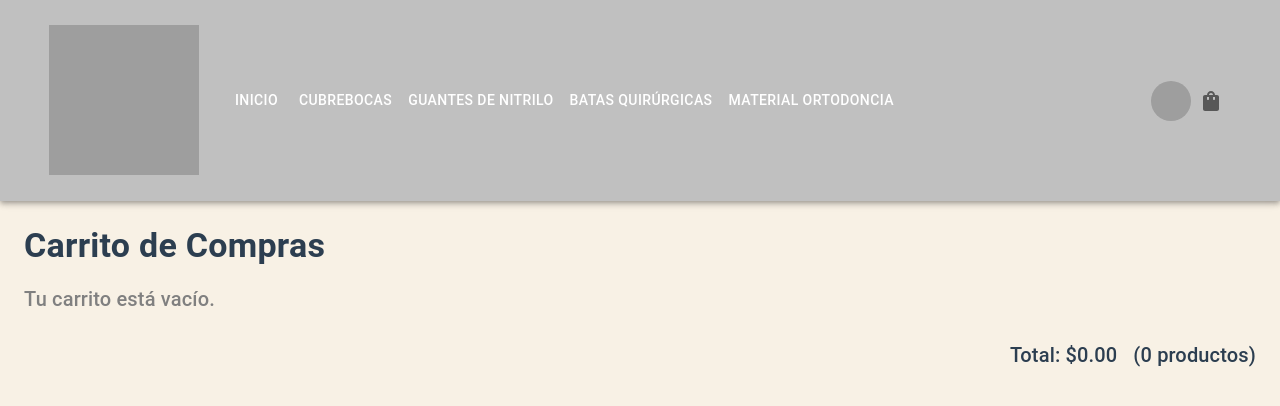
Repository: SebastianPineiro10/ecommerce-coderhouse
Page: /cart
An editor plug-in stored every save of this project. The page is shown before and after the next save, followed by the edit.
The browser window is 1280 px wide. The pictures show the whole page.
Pictures or frames that could not be fetched are drawn as grey boxes. The project was rebuilt for these pictures with package versions that can differ from the ones it lists, and the page was loaded fresh each time. Also part of the build but not shown: vite.config.js, src/firebaseConfig.js, src/products.js, src/components/common/card/productcard.css, src/components/common/card/ProductCard.jsx, src/components/pages/ItemListContainer/ItemList.jsx, src/components/pages/ItemListContainer/ItemListContainer.jsx, src/components/pages/ItemDetail/ItemDetail.jsx and 3 more.

Above is the page before, as saved 2024-11-15 20:12:41.

### index.html
<!doctype html>
<html lang="en">
  <head>
    <meta charset="UTF-8" />
    <link rel="icon" type="favicon" href="/public/favicon.ico" />
    <meta name="viewport" content="width=device-width, initial-scale=1.0" />
    <title>SP Depósito Dental</title>
    <meta name="description" content="Bienvenido a SP Depósito Dental, su tienda de confianza para productos dentales." />
    <meta name="keywords" content="dental, productos dentales, tienda, e-commerce" />

  </head>
  <body>
    <div id="root"></div>
    <script type="module" src="/src/main.jsx"></script>
  </body>
</html>

### src/main.jsx
import { createRoot } from 'react-dom/client'
import App from './App.jsx'
import './index.css'


createRoot(document.getElementById("root")).render(<App />);

### src/App.jsx
import { BrowserRouter } from 'react-router-dom';
import { Routes, Route } from 'react-router-dom';
import { CartContextProvider } from './context/CartContext';
import NavBar from './components/layout/navbar/NavBar';
import {ItemListContainer} from './components/pages/ItemListContainer/ItemListContainer';
import ItemDetailContainer from './components/pages/ItemDetail/ItemDetailContainer';
import CartContainer from './components/pages/cart/CartContainer';
import { Toaster } from 'sonner';
import Checkout from './components/pages/checkout/Checkout';
import Brief from './components/pages/brief/Brief';


const App = () => {
  return (
    <CartContextProvider>
      <BrowserRouter>
      <Toaster duration={2000} richColors position="bottom-right" />
        <NavBar />
        <Routes>
          <Route
            path="/"
            element={<ItemListContainer greeting="¡Hola! Bienvenido a SP Deposito Dental" />}
          />
          <Route path="/category/:categoryId" element={<ItemListContainer greeting="¡Hola! Bienvenido a SP Deposito Dental" />} />
          <Route path="/item/:itemId" element={<ItemDetailContainer />} />
          <Route path="/cart" element={<CartContainer />} />
          <Route path="/checkout" element={<Checkout />} />
          <Route path="/brief" element={<Brief />} />
          <Route path="*" element={<h2>404 not found</h2>} />
        </Routes>
      </BrowserRouter>
    </CartContextProvider>
  );
};

export default App;

### src/index.css
body {
  background-color: #F8F1E5;
  margin: 0;
  font-family: 'Roboto', sans-serif;
  color: #2C3E50;
}

### src/context/CartContext.jsx
import { createContext, useState, useContext } from "react";
import PropTypes from "prop-types";
import { toast } from "sonner"; // Usar sonner para mostrar mensajes si es necesario

export const CartContext = createContext();

export const CartContextProvider = ({ children }) => {
  const [cart, setCart] = useState([]); // Estado inicial vacío para el carrito

  // Función para generar un cartItemId único
  const generateCartItemId = () => `cart-${Date.now()}-${Math.random()}`;

  const addToCart = (product) => {
    // Buscamos si el producto ya está en el carrito por su ID único (cartItemId)
    const existingProductIndex = cart.findIndex((item) => item.id === product.id);

    if (existingProductIndex !== -1) {
      // Si el producto ya está en el carrito, actualizamos su cantidad
      const updatedCart = [...cart];
      updatedCart[existingProductIndex].quantity += product.quantity || 1; // Aumentamos la cantidad
      setCart(updatedCart);
      toast.success(`${product.title} actualizado en el carrito`);
    } else {
      // Si el producto no está en el carrito, lo agregamos con un cartItemId único
      const newProduct = { ...product, cartItemId: generateCartItemId(), quantity: product.quantity || 1 };
      setCart([...cart, newProduct]);
      toast.success(`${product.title} agregado al carrito`);
    }
  };

  const removeFromCart = (cartItemId) => {
    // Filtramos el carrito para eliminar el producto con el cartItemId correspondiente
    const updatedCart = cart.filter((item) => item.cartItemId !== cartItemId);
    setCart(updatedCart);
    toast.error("Producto eliminado del carrito");
  };

  const updateQuantity = (cartItemId, quantity) => {
    if (quantity < 1) return; // Evitar que la cantidad sea menor a 1
    // Actualizamos solo el producto cuyo cartItemId coincide
    const updatedCart = cart.map((item) =>
      item.cartItemId === cartItemId ? { ...item, quantity } : item
    );
    setCart(updatedCart);
    toast.info("Cantidad actualizada");
  };

  const getTotal = () => {
    return cart.reduce((acc, item) => acc + item.price * item.quantity, 0);
  };

  const getTotalQuantity = () => {
    return cart.reduce((acc, item) => acc + item.quantity, 0);
  };

  const startCheckout = () => {
    console.log("Iniciando el proceso de checkout...");
  };

  return (
    <CartContext.Provider
      value={{
        cart,
        addToCart,
        removeFromCart,
        updateQuantity,
        getTotal,
        getTotalQuantity,
        startCheckout,
      }}
    >
      {children}
    </CartContext.Provider>
  );
};

CartContextProvider.propTypes = {
  children: PropTypes.node.isRequired,
};

export const useCart = () => {
  return useContext(CartContext);
};

### src/components/pages/cart/CartContainer.jsx
import { Box, Typography, Button, Grid, IconButton, TextField } from "@mui/material";
import { useCart } from "../../../context/CartContext";
import { Delete as DeleteIcon } from "@mui/icons-material";
import { useNavigate } from "react-router-dom";

const CartContainer = () => {
  const { cart, removeFromCart, updateQuantity, getTotal, getTotalQuantity, startCheckout } = useCart();
  const navigate = useNavigate();

  const handleRemoveFromCart = (cartItemId) => {
    removeFromCart(cartItemId);
  };

  const handleQuantityChange = (cartItemId, e) => {
    const newQuantity = parseInt(e.target.value, 10);
    if (newQuantity >= 1) {
      updateQuantity(cartItemId, newQuantity);
    }
  };

  const handleCheckout = () => {
    startCheckout();
    navigate("/checkout");
  };

  const handleGoToBrief = () => {
    navigate("/brief");
  };

  return (
    <Box sx={{ padding: 3 }}>
      <Typography variant="h4" sx={{ marginBottom: 2, fontWeight: "bold" }}>
        Carrito de Compras
      </Typography>

      {cart.length === 0 ? (
        <Typography variant="h6" sx={{ color: "gray" }}>
          Tu carrito está vacío.
        </Typography>
      ) : (
        <Grid container spacing={2}>
          {cart.map((product) => (
            <Grid item xs={12} md={6} key={product.cartItemId}>
              <Box sx={{ display: "flex", justifyContent: "space-between", alignItems: "center", border: "1px solid #ccc", padding: 2, borderRadius: 2, boxShadow: 2, marginBottom: 2 }}>
                <Box sx={{ display: "flex", alignItems: "center" }}>
                  <img
                    src={product.imageUrl}
                    alt={product.title}
                    style={{ width: "80px", height: "80px", objectFit: "cover", borderRadius: "8px", marginRight: 16 }}
                  />
                  <Typography variant="body1" sx={{ fontWeight: "bold" }}>
                    {product.title}
                  </Typography>
                </Box>

                <Box sx={{ display: "flex", alignItems: "center" }}>
                  <Typography variant="body1" sx={{ marginRight: 2 }}>
                    ${product.price} x {product.quantity}
                  </Typography>

                  <TextField
                    type="number"
                    value={product.quantity}
                    onChange={(e) => handleQuantityChange(product.cartItemId, e)}
                    sx={{ width: 60, marginRight: 2 }}
                    inputProps={{ min: 1, style: { textAlign: "center" } }}
                  />

                  <IconButton color="error" onClick={() => handleRemoveFromCart(product.cartItemId)}>
                    <DeleteIcon />
                  </IconButton>
                </Box>
              </Box>
            </Grid>
          ))}
        </Grid>
      )}

      <Box sx={{ display: "flex", justifyContent: "flex-end", marginTop: 3 }}>
        <Typography variant="h6" sx={{ marginRight: 2 }}>
          Total: ${getTotal().toFixed(2)}
        </Typography>
        <Typography variant="h6">({getTotalQuantity()} productos)</Typography>
      </Box>

      {cart.length > 0 && (
        <Box sx={{ marginTop: 2, display: 'flex', justifyContent: 'flex-start' }}>
          <Button
            variant="contained"
            color="primary"
            sx={{ padding: "12px", fontSize: "16px", width: "350px", marginRight: 4 }}
            onClick={handleGoToBrief}
          >
            Ver Resumen
          </Button>
          <Button
            variant="contained"
            color="secondary"
            sx={{ padding: "12px", fontSize: "16px", width: "350px" }}
            onClick={handleCheckout}
          >
            Finalizar compra
          </Button>
        </Box>
      )}
    </Box>
  );
};

export default CartContainer;

### src/components/common/cartWidget/Cartwidget.jsx
import { useCart } from '../../../context/CartContext';
import { Link } from 'react-router-dom';
import IconButton from '@mui/material/IconButton';
import Badge from '@mui/material/Badge';
import ShoppingBagIcon from '@mui/icons-material/ShoppingBag';

const CartWidget = () => {
  const { cart } = useCart();

  const itemCount = cart.reduce((total, item) => total + item.quantity, 0);

  return (
    <Link to="/cart" style={{ textDecoration: 'none' }}>
      <IconButton aria-label="cart">
        <Badge badgeContent={itemCount} color="secondary">
          <ShoppingBagIcon />
        </Badge>
      </IconButton>
    </Link>
  );
};

export default CartWidget;

### src/components/layout/navbar/Navbar.css
.MuiAppBar-root {
    background-color: rgb(192, 192, 192) !important;
    box-shadow: 0px 2px 10px rgba(0, 0, 0, 0.1);
    position: fixed;
    top: 0;
    left: 0;
    width: 100%;
    z-index: 1100;

  }

  .MuiToolbar-root {
    display: flex;
    justify-content: space-between;
    align-items: center;
    padding: 25px;
    min-height: 64px;
  }

  .MuiToolbar-regular {
    display: flex;
    justify-content: space-between;
  }


  .MuiButton-root {
    margin-left: 10px;
    margin-right: 10px;
    padding: 10px 16px;
    transition: background-color 0.3s ease;

  }

  .MuiButton-root:hover {
      color: navy;
  }


.MuiMenu-paper {
    background-color:  rgb(192, 192, 192)!important;
    color: white !important;
}

### src/components/pages/checkout/checkout.css
.checkout-container {
    display: flex;
    flex-direction: column;
    justify-content: flex-start;
    align-items: center;
    max-width: 450px;
    margin: 50px auto;
    padding: 30px;
    background-color: #ffffff;
    border-radius: 10px;
    box-shadow: 0 10px 30px rgba(0, 0, 0, 0.1);
    width: 100%;
    box-sizing: border-box;
    transition: transform 0.3s ease-in-out, box-shadow 0.3s ease-in-out;
  }


  .checkout-container:hover {
    box-shadow: 0 10px 20px rgba(0, 0, 0, 0.25);
    transform: translateY(-1px);
  }


  h2 {
    color: #333;
    font-size: 26px;
    font-weight: 700;
    margin-bottom: 20px;
    text-align: left;
    letter-spacing: 1px;
    width: 100%;  /* Hace que el título ocupe todo el ancho del contenedor */
  }


  .checkout-form {
    display: flex;
    flex-direction: column;
    gap: 20px;
    width: 100%;
    align-items: center;
  }


  input {
    padding: 12px 15px;
    border: 1px solid #ddd;
    border-radius: 6px;
    font-size: 14px;
    width: 100%;
    max-width: 400px;
    height: 40px;
    margin-bottom: 15px;
    transition: border-color 0.3s ease-in-out;
  }


  input:focus {
    border-color: #007BFF;
    outline: none;
  }


  button {
    padding: 12px 20px;
    background-color: #007BFF;
    color: white;
    border: none;
    border-radius: 6px;
    font-size: 16px;
    cursor: pointer;
    width: auto;
    transition: background-color 0.3s ease, transform 0.3s ease-in-out;
  }


  button:hover {
    background-color: #0056b3;
    transform: translateY(-2px);
  }

  button:active {
    background-color: #003d80;
    transform: translateY(2px);
  }

Loaded but not shown: src/components/layout/navbar/NavBar.jsx (153 lines, source omitted)

After the next save:
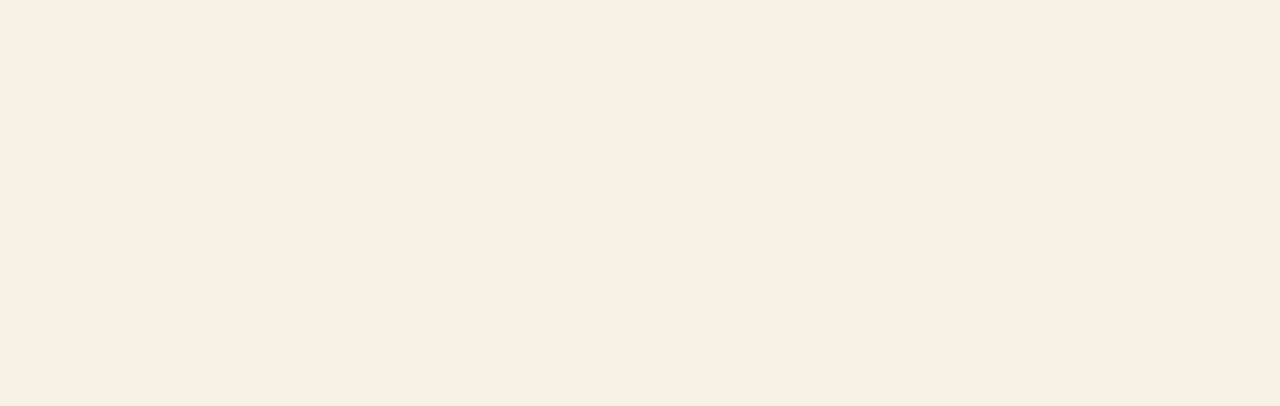
Console error: TypeError: getTotal is not a function
Saved 116 s later.
--- a/src/context/CartContext.jsx
+++ b/src/context/CartContext.jsx
@@ -1,83 +1,30 @@
-import { createContext, useState, useContext } from "react";
-import PropTypes from "prop-types";
-import { toast } from "sonner"; // Usar sonner para mostrar mensajes si es necesario
+import { createContext, useState, useContext } from 'react';
 
 export const CartContext = createContext();
 
 export const CartContextProvider = ({ children }) => {
-  const [cart, setCart] = useState([]); // Estado inicial vacío para el carrito
-
-  // Función para generar un cartItemId único
-  const generateCartItemId = () => `cart-${Date.now()}-${Math.random()}`;
+  const [cart, setCart] = useState([]);
 
   const addToCart = (product) => {
-    // Buscamos si el producto ya está en el carrito por su ID único (cartItemId)
-    const existingProductIndex = cart.findIndex((item) => item.id === product.id);
-
-    if (existingProductIndex !== -1) {
-      // Si el producto ya está en el carrito, actualizamos su cantidad
-      const updatedCart = [...cart];
-      updatedCart[existingProductIndex].quantity += product.quantity || 1; // Aumentamos la cantidad
-      setCart(updatedCart);
-      toast.success(`${product.title} actualizado en el carrito`);
-    } else {
-      // Si el producto no está en el carrito, lo agregamos con un cartItemId único
-      const newProduct = { ...product, cartItemId: generateCartItemId(), quantity: product.quantity || 1 };
-      setCart([...cart, newProduct]);
-      toast.success(`${product.title} agregado al carrito`);
-    }
+    setCart((prevCart) => [...prevCart, product]);
   };
 
   const removeFromCart = (cartItemId) => {
-    // Filtramos el carrito para eliminar el producto con el cartItemId correspondiente
-    const updatedCart = cart.filter((item) => item.cartItemId !== cartItemId);
-    setCart(updatedCart);
-    toast.error("Producto eliminado del carrito");
+    setCart((prevCart) => prevCart.filter(item => item.cartItemId !== cartItemId));
   };
 
   const updateQuantity = (cartItemId, quantity) => {
-    if (quantity < 1) return; // Evitar que la cantidad sea menor a 1
-    // Actualizamos solo el producto cuyo cartItemId coincide
-    const updatedCart = cart.map((item) =>
+    setCart((prevCart) => prevCart.map(item =>
       item.cartItemId === cartItemId ? { ...item, quantity } : item
-    );
-    setCart(updatedCart);
-    toast.info("Cantidad actualizada");
-  };
-
-  const getTotal = () => {
-    return cart.reduce((acc, item) => acc + item.price * item.quantity, 0);
-  };
-
-  const getTotalQuantity = () => {
-    return cart.reduce((acc, item) => acc + item.quantity, 0);
-  };
-
-  const startCheckout = () => {
-    console.log("Iniciando el proceso de checkout...");
+    ));
   };
 
   return (
-    <CartContext.Provider
-      value={{
-        cart,
-        addToCart,
-        removeFromCart,
-        updateQuantity,
-        getTotal,
-        getTotalQuantity,
-        startCheckout,
-      }}
-    >
+    <CartContext.Provider value={{ cart, addToCart, removeFromCart, updateQuantity }}>
       {children}
     </CartContext.Provider>
   );
 };
 
-CartContextProvider.propTypes = {
-  children: PropTypes.node.isRequired,
-};
-
-export const useCart = () => {
-  return useContext(CartContext);
-};
+// Custom hook to use the Cart Context
+export const useCart = () => useContext(CartContext);

After the 3 saves that followed:
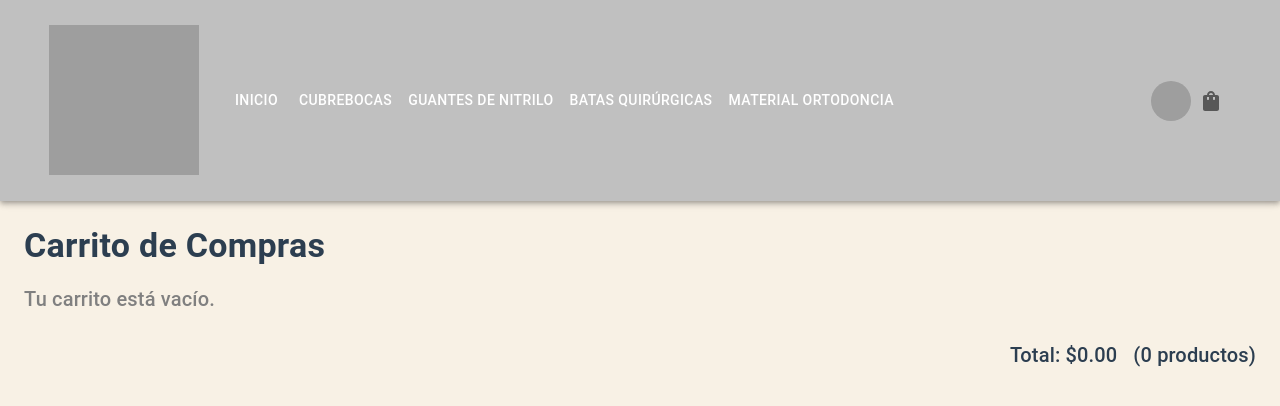
The error is gone.
The 3 saves are shown as one change because 1 did not build or start and 1 left the picture as it was.
The last was saved 116 s later.
--- a/src/context/CartContext.jsx
+++ b/src/context/CartContext.jsx
@@ -1,30 +1,76 @@
-import { createContext, useState, useContext } from 'react';
+import React, { createContext, useState, useContext } from 'react';
 
+// Crear el contexto
 export const CartContext = createContext();
 
+// Proveedor del contexto
 export const CartContextProvider = ({ children }) => {
-  const [cart, setCart] = useState([]);
+  const [cart, setCart] = useState([]);  // Estado inicial del carrito
 
+  // Función para agregar un producto al carrito
   const addToCart = (product) => {
-    setCart((prevCart) => [...prevCart, product]);
+    setCart((prevCart) => {
+      // Si el producto ya está en el carrito, se actualiza la cantidad
+      const isInCart = prevCart.some((item) => item.id === product.id);
+      if (isInCart) {
+        return prevCart.map((item) =>
+          item.id === product.id
+            ? { ...item, quantity: item.quantity + product.quantity }
+            : item
+        );
+      } else {
+        return [...prevCart, { ...product, quantity: product.quantity || 1 }];
+      }
+    });
   };
 
-  const removeFromCart = (cartItemId) => {
-    setCart((prevCart) => prevCart.filter(item => item.cartItemId !== cartItemId));
+  // Función para eliminar un producto del carrito
+  const removeFromCart = (productId) => {
+    setCart((prevCart) => prevCart.filter((item) => item.id !== productId));
   };
 
-  const updateQuantity = (cartItemId, quantity) => {
-    setCart((prevCart) => prevCart.map(item =>
-      item.cartItemId === cartItemId ? { ...item, quantity } : item
-    ));
+  // Función para actualizar la cantidad de un producto en el carrito
+  const updateQuantity = (productId, quantity) => {
+    if (quantity < 1 || isNaN(quantity)) return;  // Evitar cantidades inválidas
+    setCart((prevCart) =>
+      prevCart.map((item) =>
+        item.id === productId ? { ...item, quantity: quantity } : item
+      )
+    );
   };
 
+  // Obtener el total del carrito
+  const getTotal = () => {
+    return cart.reduce((total, item) => total + item.price * item.quantity, 0);
+  };
+
+  // Obtener la cantidad total de productos en el carrito
+  const getTotalQuantity = () => {
+    return cart.reduce((total, item) => total + item.quantity, 0);
+  };
+
+  // Valores que el contexto va a proporcionar
   return (
-    <CartContext.Provider value={{ cart, addToCart, removeFromCart, updateQuantity }}>
+    <CartContext.Provider
+      value={{
+        cart,
+        addToCart,
+        removeFromCart,
+        updateQuantity,
+        getTotal,
+        getTotalQuantity
+      }}
+    >
       {children}
     </CartContext.Provider>
   );
 };
 
-// Custom hook to use the Cart Context
-export const useCart = () => useContext(CartContext);
+// Hook para consumir el contexto
+export const useCart = () => {
+  const context = useContext(CartContext);
+  if (!context) {
+    throw new Error('useCart must be used within a CartContextProvider');
+  }
+  return context;
+};
--- a/src/components/pages/cart/CartContainer.jsx
+++ b/src/components/pages/cart/CartContainer.jsx
@@ -1,30 +1,26 @@
-import { Box, Typography, Button, Grid, IconButton, TextField } from "@mui/material";
-import { useCart } from "../../../context/CartContext";
+import React from 'react';
+import { Box, Typography, Button, Grid, IconButton, TextField } from '@mui/material';
+import { useCart } from "../../../context/CartContext"; // Ruta correcta
 import { Delete as DeleteIcon } from "@mui/icons-material";
 import { useNavigate } from "react-router-dom";
 
 const CartContainer = () => {
-  const { cart, removeFromCart, updateQuantity, getTotal, getTotalQuantity, startCheckout } = useCart();
+  const { cart, removeFromCart, updateQuantity, getTotal, getTotalQuantity } = useCart();
   const navigate = useNavigate();
 
-  const handleRemoveFromCart = (cartItemId) => {
-    removeFromCart(cartItemId);
+  const handleRemoveFromCart = (productId) => {
+    removeFromCart(productId);
   };
 
-  const handleQuantityChange = (cartItemId, e) => {
+  const handleQuantityChange = (productId, e) => {
     const newQuantity = parseInt(e.target.value, 10);
     if (newQuantity >= 1) {
-      updateQuantity(cartItemId, newQuantity);
+      updateQuantity(productId, newQuantity);
     }
   };
 
   const handleCheckout = () => {
-    startCheckout();
     navigate("/checkout");
-  };
-
-  const handleGoToBrief = () => {
-    navigate("/brief");
   };
 
   return (
@@ -40,7 +36,7 @@
       ) : (
         <Grid container spacing={2}>
           {cart.map((product) => (
-            <Grid item xs={12} md={6} key={product.cartItemId}>
+            <Grid item xs={12} md={6} key={product.id}>
               <Box sx={{ display: "flex", justifyContent: "space-between", alignItems: "center", border: "1px solid #ccc", padding: 2, borderRadius: 2, boxShadow: 2, marginBottom: 2 }}>
                 <Box sx={{ display: "flex", alignItems: "center" }}>
                   <img
@@ -61,12 +57,12 @@
                   <TextField
                     type="number"
                     value={product.quantity}
-                    onChange={(e) => handleQuantityChange(product.cartItemId, e)}
+                    onChange={(e) => handleQuantityChange(product.id, e)}
                     sx={{ width: 60, marginRight: 2 }}
                     inputProps={{ min: 1, style: { textAlign: "center" } }}
                   />
 
-                  <IconButton color="error" onClick={() => handleRemoveFromCart(product.cartItemId)}>
+                  <IconButton color="error" onClick={() => handleRemoveFromCart(product.id)}>
                     <DeleteIcon />
                   </IconButton>
                 </Box>
@@ -89,7 +85,7 @@
             variant="contained"
             color="primary"
             sx={{ padding: "12px", fontSize: "16px", width: "350px", marginRight: 4 }}
-            onClick={handleGoToBrief}
+            onClick={() => navigate("/brief")}
           >
             Ver Resumen
           </Button>
